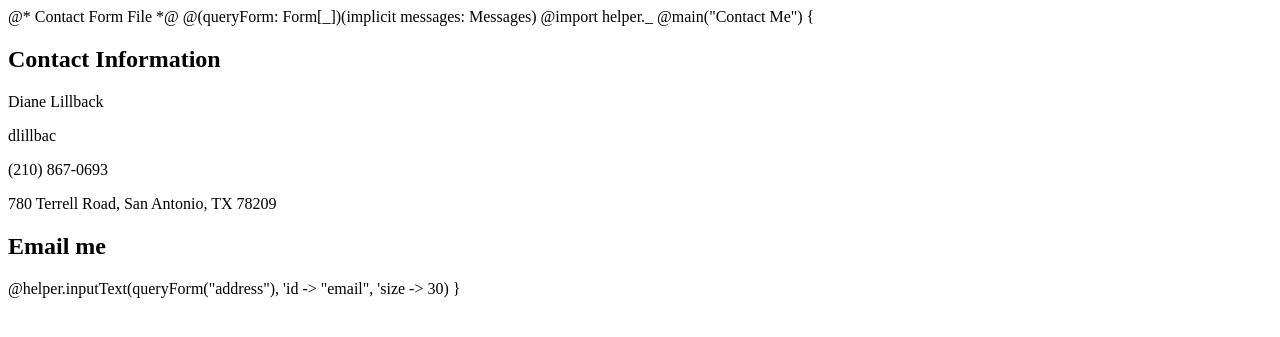
Repository: arthurfeeney/Interior-Design
Page: server/app/views/contact.scala.html
The author's editor kept a copy of each file at every save. The page is drawn from the files as they stood at one save, then again after the next save.
The browser window is 1280 px wide. The pictures show the whole page.

Above is the page before, as saved 2019-03-31 20:03:18.

### server/app/views/contact.scala.html
@* Contact Form File *@
@(queryForm: Form[_])(implicit messages: Messages)

@import helper._

@main("Contact Me") {
<h2> Contact Information</h2>
<p>
  Diane Lillback
</p>
<p>
  dlillbac
</p>
<p>
  (210) 867-0693
</p>
<p>
  780 Terrell Road, San Antonio, TX 78209
</p>

<h2> Email me</h2>


@helper.inputText(queryForm("address"), 'id -> "email", 'size -> 30)

}

After the next save:
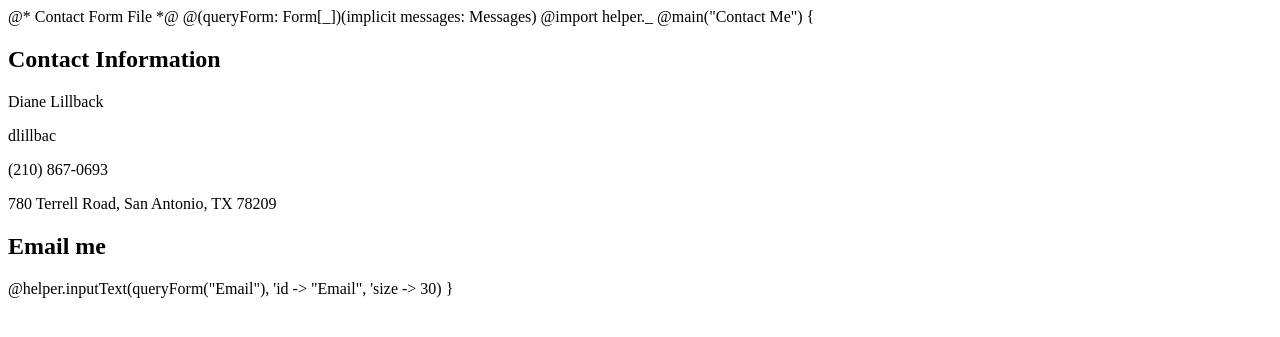
Saved 17 s later.
--- a/server/app/views/contact.scala.html
+++ b/server/app/views/contact.scala.html
@@ -21,6 +21,6 @@
 <h2> Email me</h2>
 
 
-@helper.inputText(queryForm("address"), 'id -> "email", 'size -> 30)
+@helper.inputText(queryForm("Email"), 'id -> "Email", 'size -> 30)
 
 }
